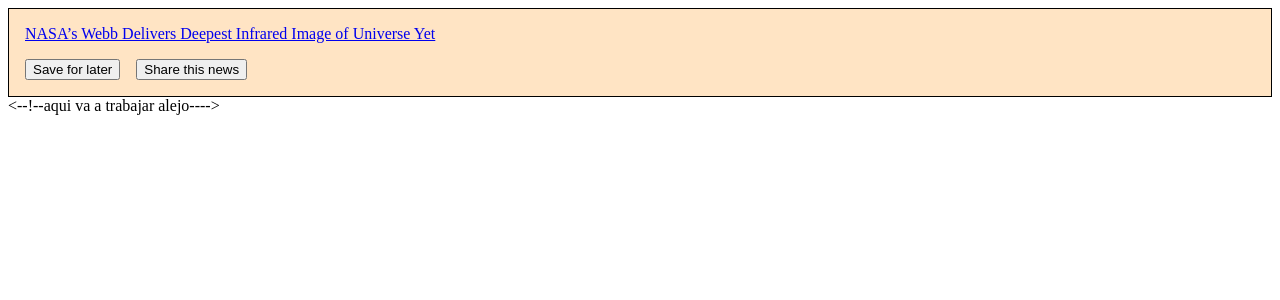
Repository: san1460/proyecto_integrador-web-
Page: pagina.html
The author's editor kept a copy of each file at every save. The page is drawn from the files as they stood at one save, then again after the next save.
The browser window is 1280 px wide. The pictures show the whole page.

Above is the page before, as saved 2024-09-10 08:56:37.

After the next save:
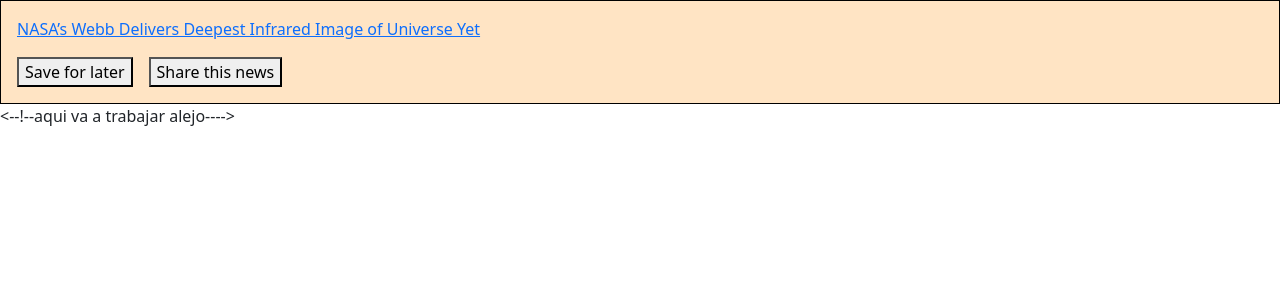
Saved 2 min 56 s later.
--- a/pagina.html
+++ b/pagina.html
@@ -5,7 +5,11 @@
     <meta name="viewport" content="width=device-width, initial-scale=1.0">
     <title>Document</title>
     <link rel="stylesheet" href="./assests/Stylet/pagina.css">
+
 </head>
+<link href="https://cdn.jsdelivr.net/npm/bootstrap@5.3.3/dist/css/bootstrap.min.css"
+rel="stylesheet" integrity="sha384-QWTKZyjpPEjISv5WaRU9OFeRpok6YctnYmDr5pNlyT2bRjXh0JMhjY6hW+ALEwIH"
+crossorigin="anonymous">
 <body>
     <div class="news">
         <a href="#">NASA’s Webb Delivers Deepest Infrared Image of Universe Yet</a>
@@ -18,5 +22,8 @@
     <footer>
         <--!--aqui va a trabajar alejo---->
     </footer>
+    <script src="https://cdn.jsdelivr.net/npm/bootstrap@5.3.3/dist/js/bootstrap.bundle.min.js"
+    integrity="sha384-YvpcrYf0tY3lHB60NNkmXc5s9fDVZLESaAA55NDzOxhy9GkcIdslK1eN7N6jIeHz" crossorigin=
+    "anonymous"></script>
 </body>
 </html>
